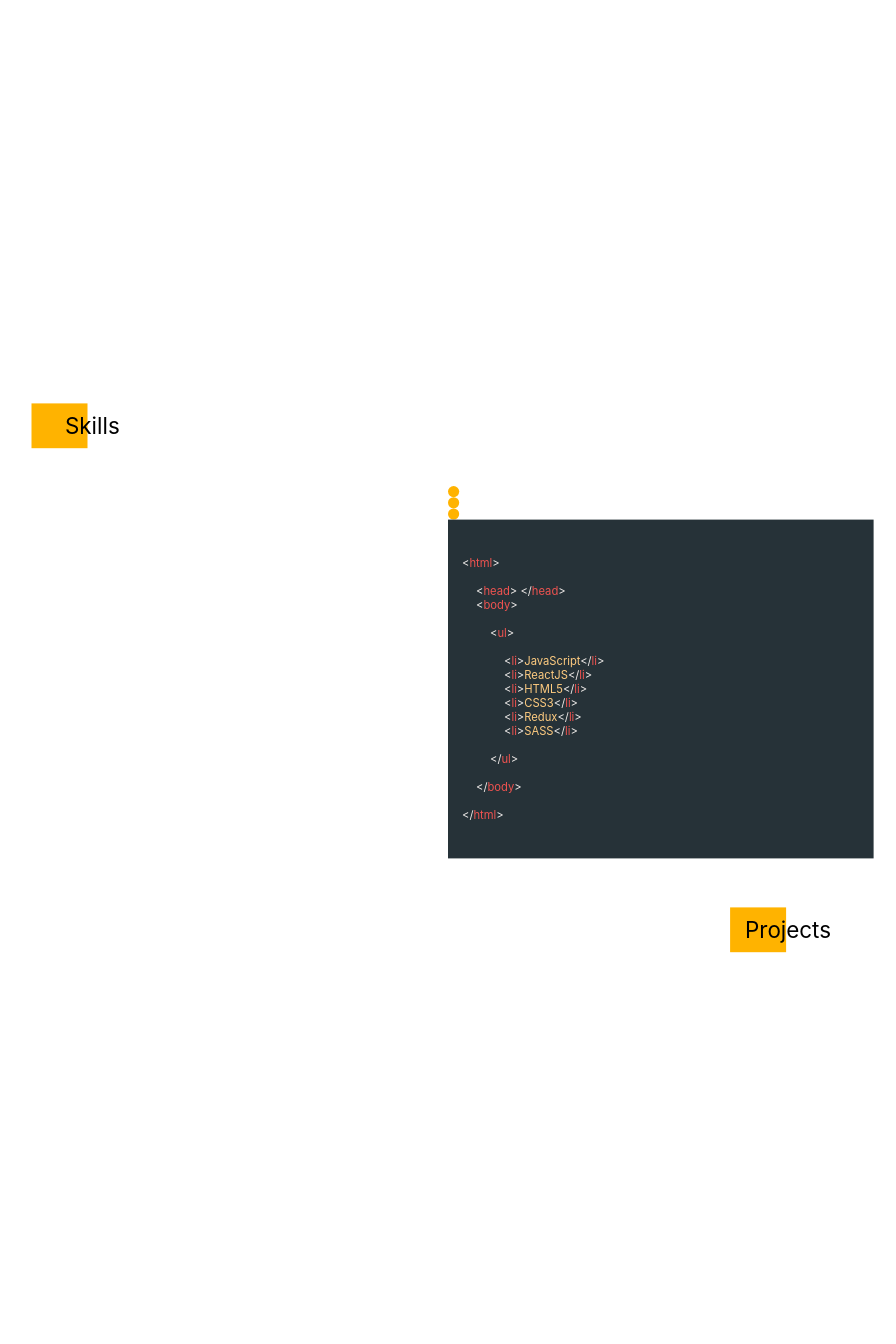
Repository: SebastianArmata22/Portfolio
Page: /
An editor plug-in stored every save of this project. The page is shown before and after the next save, followed by the edit.
The browser window is 1280 px wide. The pictures show the part of the page from y = 895 to 2815 px (the page is 3664 px tall), at 70% of full size.
The project was rebuilt for these pictures with package versions that can differ from the ones it lists, and the page was loaded fresh each time.

Above is the page before, as saved 2021-02-24 18:18:47.

### public/index.html
<!DOCTYPE html>
<html lang="en">
  <head>
    <meta charset="utf-8" />
    <link rel="icon" href="%PUBLIC_URL%/favicon.ico" />
    <meta name="viewport" content="width=device-width, initial-scale=1" />
    <meta name="theme-color" content="#000000" />
    <meta
      name="description"
      content="Web site created using create-react-app"
    />
    <link rel="apple-touch-icon" href="%PUBLIC_URL%/logo192.png" />
    <!--
      manifest.json provides metadata used when your web app is installed on a
      user's mobile device or desktop. See https://developers.google.com/web/fundamentals/web-app-manifest/
    -->
    <link rel="manifest" href="%PUBLIC_URL%/manifest.json" />
    <!--
      Notice the use of %PUBLIC_URL% in the tags above.
      It will be replaced with the URL of the `public` folder during the build.
      Only files inside the `public` folder can be referenced from the HTML.

      Unlike "/favicon.ico" or "favicon.ico", "%PUBLIC_URL%/favicon.ico" will
      work correctly both with client-side routing and a non-root public URL.
      Learn how to configure a non-root public URL by running `npm run build`.
    -->
    <title>Sebastian Armata</title>
  </head>
  <body>
    <noscript>You need to enable JavaScript to run this app.</noscript>
    <div id="root"></div>
    <!--
      This HTML file is a template.
      If you open it directly in the browser, you will see an empty page.

      You can add webfonts, meta tags, or analytics to this file.
      The build step will place the bundled scripts into the <body> tag.

      To begin the development, run `npm start` or `yarn start`.
      To create a production bundle, use `npm run build` or `yarn build`.
    -->
  </body>
</html>

### src/App.js
import './App.css'
//components
import Header from './components/header/Header'
import MainPage from './components/mainPage/MainPage'
import Skills from './components/skills/Skills'
import AboutMe from './components/aboutMe/AboutMe'
import Contact from './components/contact/Contact'
import Footer from './components/footer/Footer'
import Projects from './components/projects/Projects'

function App() {
  return (
    <div className="App">
      <header>
        <Header />
      </header>
      <main>
        <MainPage />
        <AboutMe />
        <Skills />
        <Projects />
        <Contact />
      </main>
      <footer>
        <Footer />
      </footer>
    </div>
  );
}

export default App;

### src/App.css
html, body,*{
    margin: 0;
    padding: 0;

}
*{
    box-sizing: border-box;
}

### src/components/header/Header.js
import classes from './header.module.scss'
import React from 'react'
import logo from '../../icons/logo_armata.svg'

const Header = ()=>{
    return(
        <div className={classes.header}>
            <img src={logo} alt="logo"></img>
            <ul>
                <li>About me</li>
                <li>Skills</li>
                <li>Projects</li>
                <li>Contact</li>
            </ul>
        </div>
    )
}
export default Header

### src/components/mainPage/MainPage.js
import classes from './mainPage.module.scss'
import React from 'react'

const MainPage = ()=>{
    return(
        <div className={classes.main_page_container}>
            <div>
                <p><span>Hello,</span></p>
                <p>I'm Sebastian Armata</p>
                <p>A Frontend <span>Developer</span></p>
            </div>
            <div></div>
        </div>
    )
}
export default MainPage

### src/components/skills/Skills.js
import classes from './skills.module.scss'
import React from 'react'
import ConsoleSkills from '../consoleSkills/ConsoleSkills'

const Skills = ()=>{

    return(
        <div className={classes.skills}>
            <header>
                <p>Skills</p>
            </header>
            <main>
                <div>
                </div>
                <div className={classes.console_container}>
                    <div className={classes.bar}>
                        <div></div>
                        <div></div>
                        <div></div>
                    </div>
                    <ConsoleSkills />
                </div>
            </main>
        </div>
    )
}
export default Skills

### src/components/aboutMe/AboutMe.js
import classes from './aboutme.module.scss'
import React from 'react'

const AboutMe = ()=>{
    return(
        <div className={classes.aboutMe}>
            <header>
                <p>About me</p>
            </header>
        </div>
    )
}
export default AboutMe

### src/components/contact/Contact.js
import classes from './contact.module.scss'
import React from 'react'

const Contact = ()=>{
    return(
        <div className={classes.contact}>
        <header>
            <p>Contact</p>
        </header>
    </div>
    )
}
export default Contact

### src/components/footer/Footer.js
import classes from './footer.module.scss'
import React from 'react'

const Footer = ()=>{
    return(
        <div className={classes.footer}>
            <p>Sebastian Armata </p>
        </div>
        )
}
export default Footer

### src/components/projects/Projects.js
import classes from './projects.module.scss'
import React from 'react'

const Projects = ()=>{
    return(
        <div className={classes.projects}>
            <header>
                <p>Projects</p>
            </header>
        </div>
    )
}
export default Projects

### src/components/header/header.module.scss
@import '../../variables.scss';

.header{
    height: 5rem;
    width: 100%;
    background-color: $third-main-color;
    display: flex;
    align-items: center;
    justify-content: space-between;
    padding: 1rem;
    img{
        padding: 0 2rem;
        height: 50px;
    }
    ul{
        display: flex;
        align-items: center;
        justify-content: space-between;
        width: 50%;
        li{
            list-style: none;
            text-align: center;
            color: $second-main-color;
            width: 10rem;
            font-size: 1rem;
            cursor: pointer;
            &:hover{
                color: $first-main-color;
            }
        }
    }
}

### src/components/mainPage/mainPage.module.scss
@import '../../variables.scss';

.main_page_container{
    height: calc(100vh - 5rem);
    width: 100%;
    background-color: $third-main-color;
    @include flex-container;
    padding: 3rem;
    div{
        width: 50%;
        height: 100%;
        display: flex;
        justify-content: center;
        flex-direction: column;
    }
    p{
        color: $second-main-color;
        font-size: 2rem;
        span{
            color: $first-main-color;
            font-size: 3rem;
        }
    }
}

### src/components/skills/skills.module.scss
@import '../../variables.scss';
.skills{
    width: 100%;
    height: 100vh;
    padding: 2rem;
    header{
        @include flex-container;
        p{
            position: relative;
            font-size: 2rem;
            height: 4rem;
            width: 90%;
            display: flex;
            align-items: center;
            &::after{
                display: block;
                content: "";
                    width: 5rem;
                    height: 100%;
                    z-index: -1;
                    position: absolute;
                    top:0;
                    left: -3rem;
                    background-color: $first-main-color;
            }
        }
    }
    main{
        display: flex;
        >div{
            width: 50%;
            height: calc(100vh - 5rem);
            display: flex;
            justify-content: center;
        }
    }
}
.bar{
    div{
        width: 1rem;
        height: 1rem;
        border-radius: 1rem;
        background-color: $first-main-color;
        display: flex;
    }
}
.console_container{
    flex-direction: column;
}

### src/components/consoleSkills/ConsoleSkills.js
import classes from './consoleSkills.module.scss'
import React from 'react'

const ConsoleSkills=()=>{
    return(
        <div className={classes.console_content}>
                            <ul>
                                <li>&lt;<span className={classes.html_text}>html</span>&gt;</li>
                                <li>
                                  <ul className="no-top-padding">
                                    <li>
                                      &lt;<span className={classes.html_text}>head</span>&gt;
                                      &lt;/<span className={classes.html_text}>head</span>&gt;
                                    </li>
                                    <li>&lt;<span className={classes.html_text}>body</span>&gt;</li>
                                    <li>
                                      <ul className="no-top-padding">
                                        <li>&lt;<span className={classes.html_text}>ul</span>&gt;</li>
                                        <ul className="no-top-padding">
                                          <li>
                                            &lt;<span className={classes.html_text}>li</span>&gt;
                                            <span className={classes.html_text_2}>JavaScript</span>
                                            &lt;/<span className={classes.html_text}>li</span>&gt;</li>
                                          <li>
                                            &lt;<span className={classes.html_text}>li</span>&gt;
                                            <span className={classes.html_text_2}>ReactJS</span>
                                            &lt;/<span className={classes.html_text}>li</span>&gt;
                                          </li>
                                          <li>
                                            &lt;<span className={classes.html_text}>li</span>&gt;
                                            <span className={classes.html_text_2}>HTML5</span>
                                            &lt;/<span className={classes.html_text}>li</span>&gt;
                                          </li>
                                          <li>
                                            &lt;<span className={classes.html_text}>li</span>&gt;
                                            <span className={classes.html_text_2}>CSS3</span>
                                            &lt;/<span className={classes.html_text}>li</span>&gt;
                                          </li>
                                          <li>
                                            &lt;<span className={classes.html_text}>li</span>&gt;
                                            <span className={classes.html_text_2}>Redux</span>
                                            &lt;/<span className={classes.html_text}>li</span>&gt;
                                          </li>
                                          <li>
                                            &lt;<span className={classes.html_text}>li</span>&gt;
                                            <span className={classes.html_text_2}>SASS</span>
                                            &lt;/<span className={classes.html_text}>li</span>&gt;
                                          </li>
                                        </ul>
                                        <li>&lt;/<span className={classes.html_text}>ul</span>&gt;</li>
                                      </ul>
                                    </li>
                                    <li>&lt;/<span className={classes.html_text}>body</span>&gt;</li>
                                  </ul>
                                </li>
                                <li>&lt;/<span className={classes.html_text}>html</span>&gt;</li>
                            </ul>
                        </div>

    )
}
export default ConsoleSkills

### src/components/aboutMe/aboutme.module.scss
@import '../../variables.scss';

.aboutMe{
    width: 100%;
    height: 100vh;
    padding: 2rem;
    header{
        @include flex-container;
        p{
            position: relative;
            font-size: 2rem;
            height: 4rem;
            width: 90%;
            display: flex;
            align-items: center;
            justify-content: flex-end;
            &::after{
                display: block;
                content: "";
                    width: 5rem;
                    height: 100%;
                    z-index: -1;
                    position: absolute;
                    top:0;
                    right: -2rem;
                    background-color: $first-main-color;
            }
        }
    }
}

### src/components/contact/contact.module.scss
@import '../../variables.scss';
.contact{
    width: 100%;
    height: 100vh;
    padding: 2rem;
    header{
        @include flex-container;
        p{
            position: relative;
            font-size: 2rem;
            height: 4rem;
            width: 90%;
            display: flex;
            align-items: center;
            &::after{
                display: block;
                content: "";
                    width: 5rem;
                    height: 100%;
                    z-index: -1;
                    position: absolute;
                    top:0;
                    left: 4rem;
                    background-color: $first-main-color;
            }
        }
    }
}

### src/components/footer/footer.module.scss
@import '../../variables.scss';
.footer{
    height: 4rem;
    background-color: $first-main-color;
    @include flex-container;
    color: $second-main-color;
    font-size: 1.25rem;
}

### src/components/projects/projects.module.scss
@import '../../variables.scss';
.projects{
    width: 100%;
    height: 100vh;
    padding: 2rem;
    header{
        @include flex-container;
        p{
            position: relative;
            font-size: 2rem;
            height: 4rem;
            width: 90%;
            display: flex;
            align-items: center;
            justify-content: flex-end;
            &::after{
                display: block;
                content: "";
                    width: 5rem;
                    height: 100%;
                    z-index: -1;
                    position: absolute;
                    top:0;
                    right: 4rem;
                    background-color: $first-main-color;
            }
        }
    }
}

### src/variables.scss
$first-main-color: #FFB300;
$second-main-color: #fff;
$third-main-color:#000;
@mixin flex-container {
    display: flex;
    align-items: center;
    justify-content: center;
}

### src/components/consoleSkills/consoleSkills.module.scss
.console_content{
    background-color: #263238;
    padding: 2rem 0;
    width: 100%;
}
ul {
    list-style: none;
    color: #EFEBE9;
    padding-left: 20px;
    padding-right: 20px;
    margin-top: 20px;
    margin-bottom: 20px;
  }
.html_text {
    color: #EF5350;
  }
  .html_text_2 {
    color: #FFCC80;
  }

Loaded but not shown: src/index.js (common file); src/index.css (common file); src/reportWebVitals.js (common file)

After the next save:
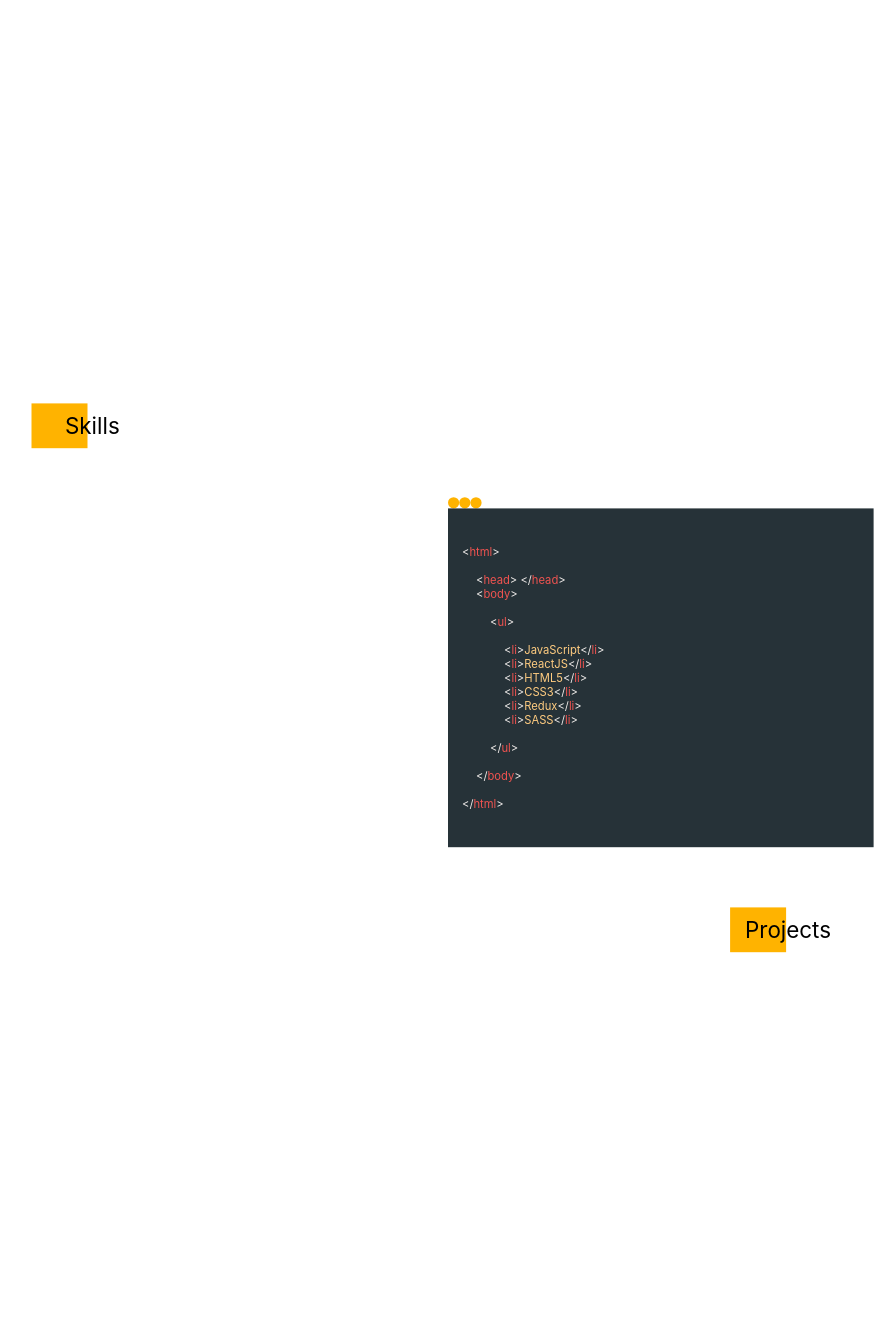
Saved 21 s later.
--- a/src/components/skills/skills.module.scss
+++ b/src/components/skills/skills.module.scss
@@ -36,12 +36,13 @@
     }
 }
 .bar{
+    display: flex;
     div{
         width: 1rem;
         height: 1rem;
         border-radius: 1rem;
         background-color: $first-main-color;
-        display: flex;
+
     }
 }
 .console_container{
